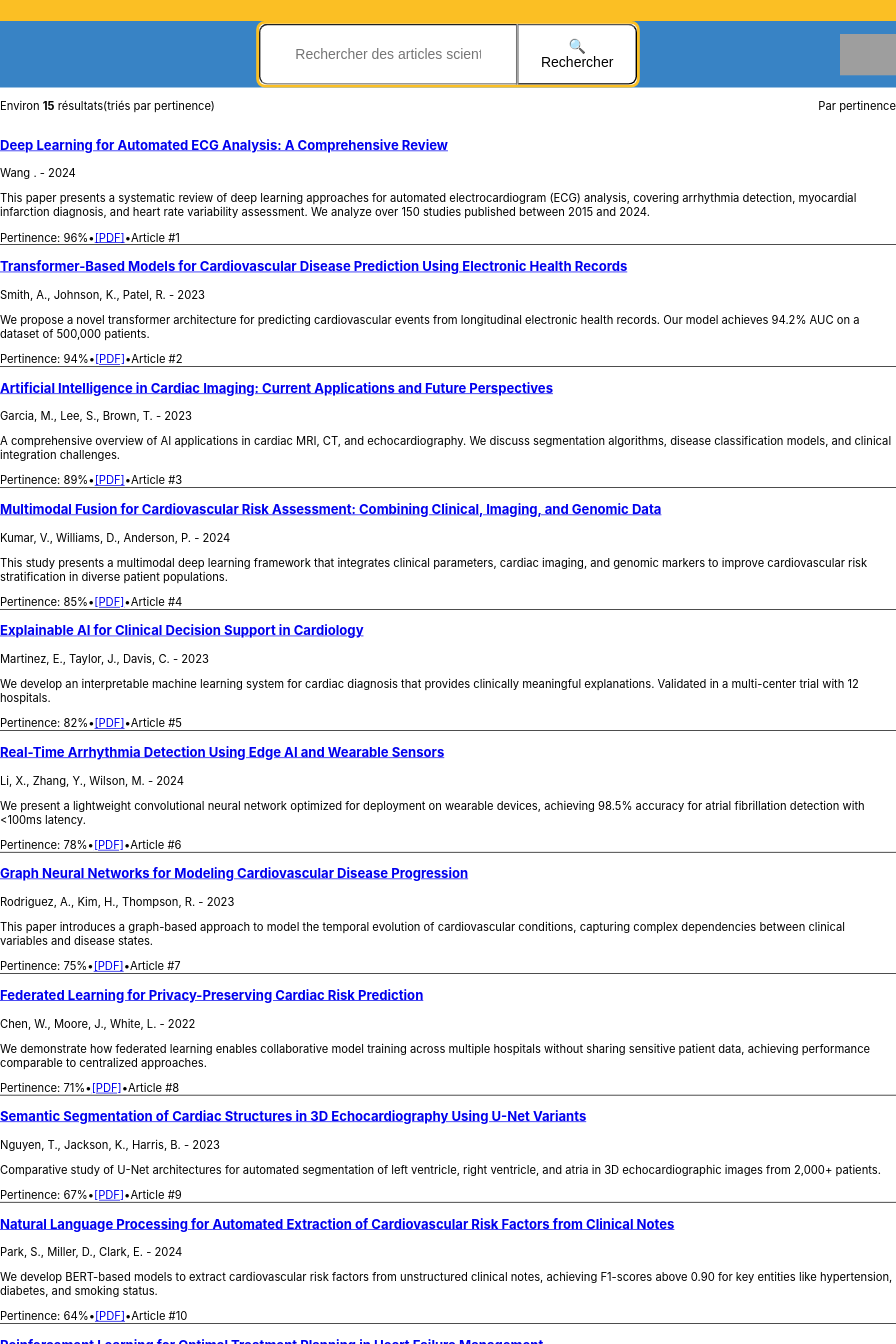
Repository: elh33/SemanticSciSearch
Page: / (app in frontend/)
These files come from the project's save history. The page is drawn as it stood at one moment and after the next save; the edit follows.
The browser window is 1280 px wide. The pictures show the part of the page from y = 0 to 1920 px (the page is 2700 px tall before and 2685 px after), at 70% of full size.
Pictures or frames that could not be fetched are drawn as grey boxes. The project was rebuilt for these pictures with package versions that can differ from the ones it lists, and the page was loaded fresh each time.

Above is the page before, as saved 2025-11-21 23:22:22.

After the next save:
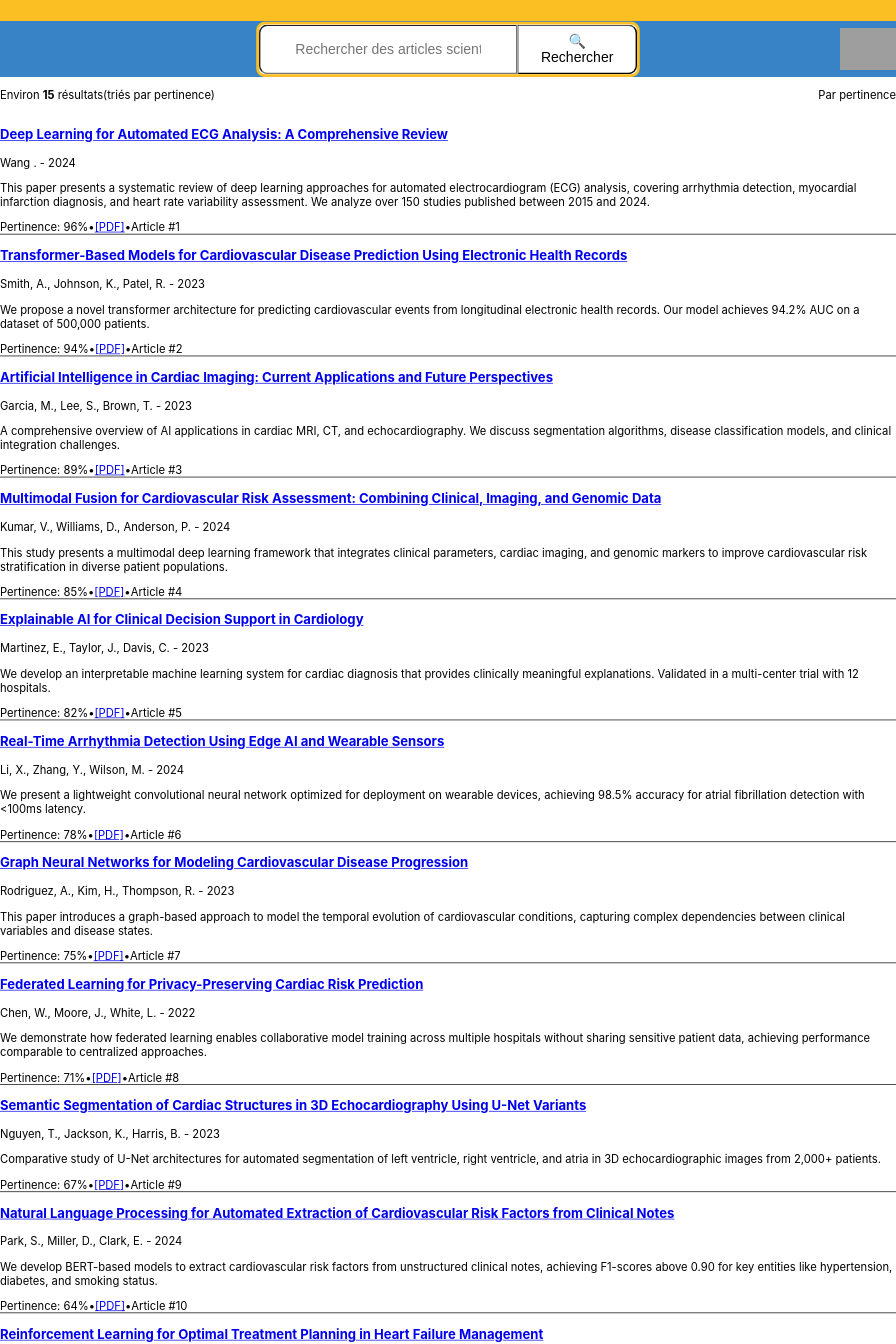
Saved 17 s later.
--- a/frontend/src/components/SearchResults.tsx
+++ b/frontend/src/components/SearchResults.tsx
@@ -69,7 +69,7 @@ const SearchResults: React.FC = () => {
                   style={{
                     backgroundColor: '#ffffffff',
                     borderRadius: '0 12px 12px 0',
-                    padding: '18px 32px',
+                    padding: '10px 32px',
                     fontSize: '20px'
                   }}
                 >
